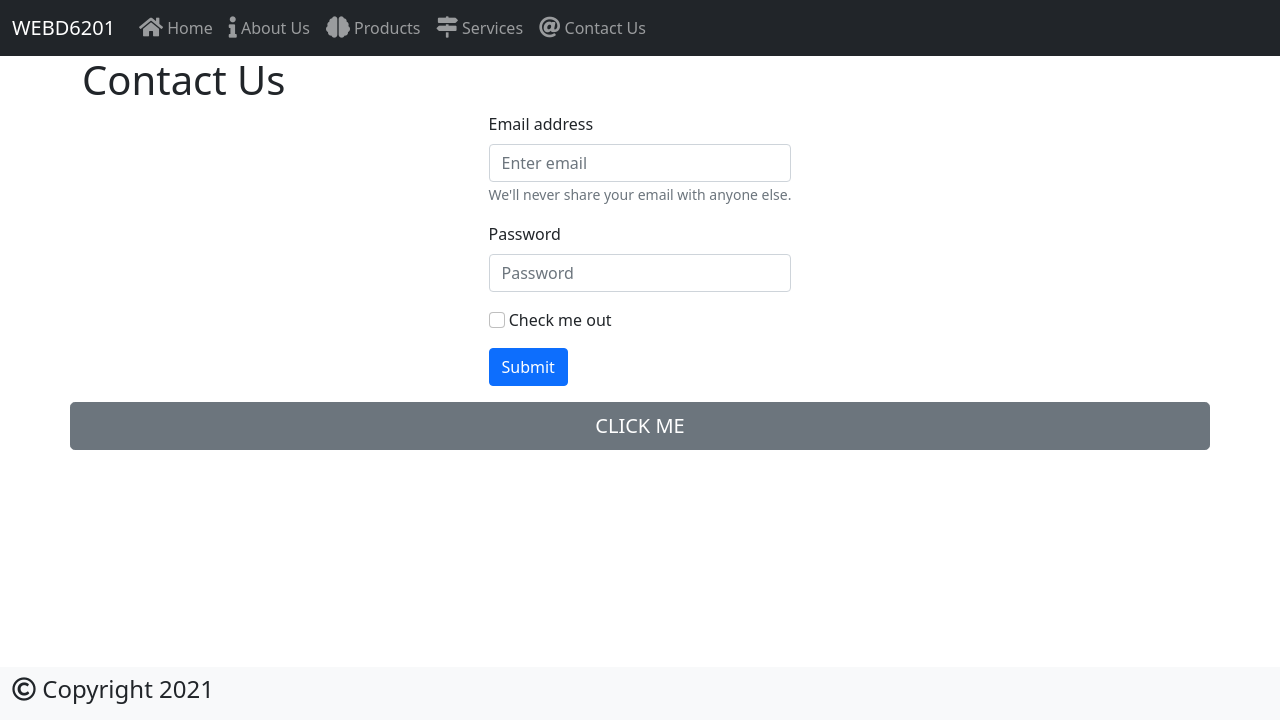
Repository: GarlicButterBoy/WEBD6201-Week1
Page: contact.html
These files come from the project's save history. The page is drawn as it stood at one moment and after the next save; the edit follows.
The browser window is 1280 px wide. The pictures show the whole page.

Above is the page before, as saved 2021-01-21 09:20:29.

### contact.html
<!DOCTYPE html>
<html lang="en">
<head>
    <meta charset="UTF-8">
    <meta name="viewport" content="width=device-width, initial-scale=1.0">
    <title>Contact Us</title>

    <!-- CSS Section -->
    <link rel="stylesheet" href="./node_modules/bootstrap/dist/css/bootstrap.min.css">
    <link rel="stylesheet" href="./node_modules/@fortawesome/fontawesome-free/css/all.min.css">
    <link rel="stylesheet" href="./Content/app.css">

</head>
<body>
       <!-- Main Nav Header -->

       <header>
         <!--Main Navigation-->
        <nav class="navbar navbar-expand-lg navbar-dark bg-dark">
            <div class="container-fluid">
              <a class="navbar-brand" href="index.html">WEBD6201</a>
              <button class="navbar-toggler" type="button" data-bs-toggle="collapse" data-bs-target="#navbarSupportedContent" aria-controls="navbarSupportedContent" aria-expanded="false" aria-label="Toggle navigation">
                <span class="navbar-toggler-icon"></span>
              </button>
              <div class="collapse navbar-collapse" id="navbarSupportedContent">
                <ul class="navbar-nav ml-auto mb-2 mb-lg-0">

                  <li class="nav-item">
                    <a class="nav-link" aria-current="page" href="index.html">
                        <i class="fas fa-home fa-lg"></i> Home</a>
                  </li>

                  <li class="nav-item">
                    <a class="nav-link" aria-current="page" href="about.html">
                        <i class="fas fa-info fa-lg"></i> About Us</a>
                  </li>

                  <li class="nav-item">
                    <a class="nav-link" aria-current="page" href="products.html">
                        <i class="fas fa-brain fa-lg"></i> Products</a>
                  </li>

                  <li class="nav-item">
                    <a class="nav-link" aria-current="page" href="services.html">
                        <i class="fas fa-map-signs fa-lg"></i> Services</a>
                  </li>

                  <li class="nav-item  active">
                    <a class="nav-link" aria-current="page" href="contact.html">
                        <i class="fas fa-at fa-lg"></i> Contact Us</a>
                  </li>

                </ul>
              </div>
            </div>
          </nav>
    </header>
<!--Main Content-->
    <main class="container">
        <h1>Contact Us</h1>

        <div class="row justify-content-lg-center">
        <form class="col-lg-auto">

          <div class="mb-3">
            <label for="exampleInputEmail1" class="form-label">Email address</label>
            <input type="email" class="form-control" id="exampleInputEmail1" aria-describedby="emailHelp" placeholder="Enter email">
            <small id="emailHelp" class="form-text text-muted">We'll never share your email with anyone else.</small>
          </div>

          <div class="mb-3">
            <label for="exampleInputPassword1" class="form-label">Password</label>
            <input type="password" class="form-control" id="exampleInputPassword1" placeholder="Password">
          </div>

          <div class="mb-3">
            <input type="checkbox" class="form-check-input" id="exampleCheck1">
            <label class="form-check-label" class="form-check-label" for="exampleCheck1">Check me out</label>
          </div>
          <button type="submit" class="btn btn-primary">Submit</button>
        </form>

        <p id="paragraphOne" ></p>
        <button class="btn btn-secondary btn-lg" id="clickMeButton">CLICK ME</button>

      </div>
    </main>
<!--Main Footer-->
    <footer>
        <nav class="navbar fixed-bottom navbar-light bg-light">
            <div class="container-fluid">
              <h4><i class="far fa-copyright" ></i> Copyright 2021</h4>
            </div>
        </nav>
    </footer>

    <!-- JavaScript Section -->
    <script src="./node_modules/jquery/dist/jquery.min.js"></script>
    <script src="./node_modules/bootstrap/dist/js/bootstrap.bundle.min.js"></script>
    <script src="./Scripts/app.js"></script>

</body>
</html>

### Content/app.css
/*
 * Custom CSS goes here!
 */

### Scripts/app.js
/*
 * Custom Scripts go here!
 */

//IIFE - Immediately Invoked Function Expression
//AKA - Anonymous Self-Executing Function
//Closure - Limits Scope Leak

"use strict";

(function()
{

    function displayHome()
    {

    }

    function displayAbout()
    {

    }

    function displayProducts()
    {

    }

    function displayServices()
    {

    }

    function displayContact()
    {

    }

    //Initialization Function
    function Start()
    {

       console.log("App Started...");
       switch(document.title)
       {
           case 'Home':
               displayHome();
               break;
           case 'About':
               displayAbout();
               break;
           case 'Products':
               displayProducts();
               break;
           case 'Services':
               displayServices();
               break;
           case 'Contact':
               displayContact();
               break;
       }

/*
       let paragraphOneText = "This is a simple site to demonstrate DOM Manipulation for ICE 01.";

       let paragraphOneElement = document.getElementById("paragraphOne");

       paragraphOneElement.className = "fs-5 fw-bold";
       paragraphOneElement.textContent = paragraphOneText;

       //Step 1. document.createElement
       let newParagraph = document.createElement("p");
       //Step 2. Configure the element
       newParagraph.setAttribute("id", "paragraphTwo");
       newParagraph.textContent = "...And this is paragraph Two.";
       //Step 3. Select the parent
       let mainContent = document.getElementsByTagName("main")[0];
       //Step 4. Add/Insert the element
       mainContent.appendChild(newParagraph);

       paragraphTwo.className = "fs-6";

       //Another way to inject a comment
       let paragraphDiv = document.createElement('div');
       let paragraphThree = `<p class="fs-7" fw-bold>This is the third paragraph.</p>`;
       paragraphDiv.innerHTML = paragraphThree;

       //Insertion Before
       //paragraphTwo.before(paragraphDiv);

       //Insertion After
       paragraphTwo.after(paragraphDiv);

       //deletions
       //target an element
       //paragraphOneElement.remove();//remove a single element
       //target a child (rough)
       mainContent.removeChild(paragraphOneElement);

       //updates/modifications
       //paragraphTwoElement.firstChild.textContent = "This is an update. Welcome back!";
       mainContent.firstElementChild.textContent = "This is an update. Welcome back!";

        mainContent.innerHTML =
        `
        <h1 id="firstHeading">Welcome to Webd6201 - Lab 1</h1>
        <p id="firstParagraph" class="fw-bold">This is the first paragraph</p>
        `;
*/
       for (let index = 0; index < 5; index++)
       {

        console.log(index);

        let clickMeButton = document.getElementById("clickMeButton");



        clickMeButton.addEventListener("click", ()=>
        {
            console.log("Click me button was depressed :(");
        });
       }
    }
    //Event Listener
    window.addEventListener("load", Start);

})();

Loaded but not shown: node_modules/bootstrap/dist/css/bootstrap.min.css (library); node_modules/@fortawesome/fontawesome-free/css/all.min.css (library); node_modules/jquery/dist/jquery.min.js (library); node_modules/bootstrap/dist/js/bootstrap.bundle.min.js (library)

After the next save:
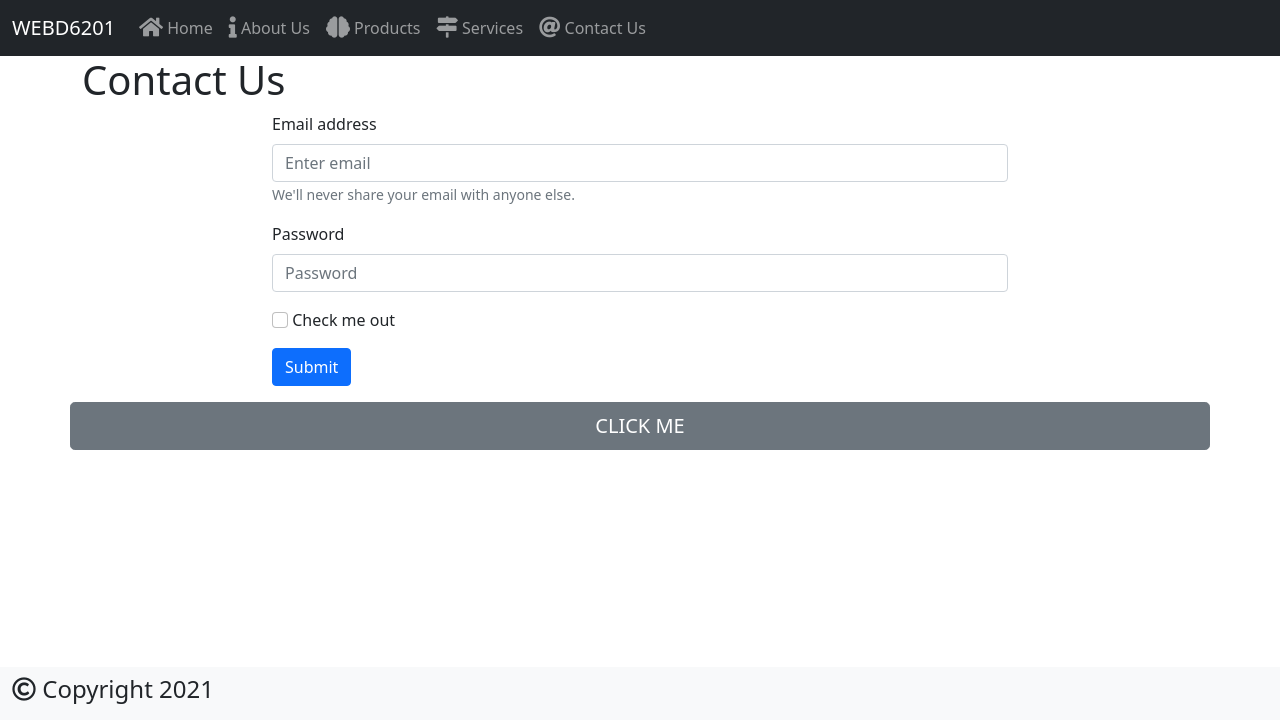
Saved 19 s later.
--- a/contact.html
+++ b/contact.html
@@ -60,7 +60,7 @@
         <h1>Contact Us</h1>
 
         <div class="row justify-content-lg-center">
-        <form class="col-lg-auto">
+        <form class="col-lg-8 col-md-">
 
           <div class="mb-3">
             <label for="exampleInputEmail1" class="form-label">Email address</label>
